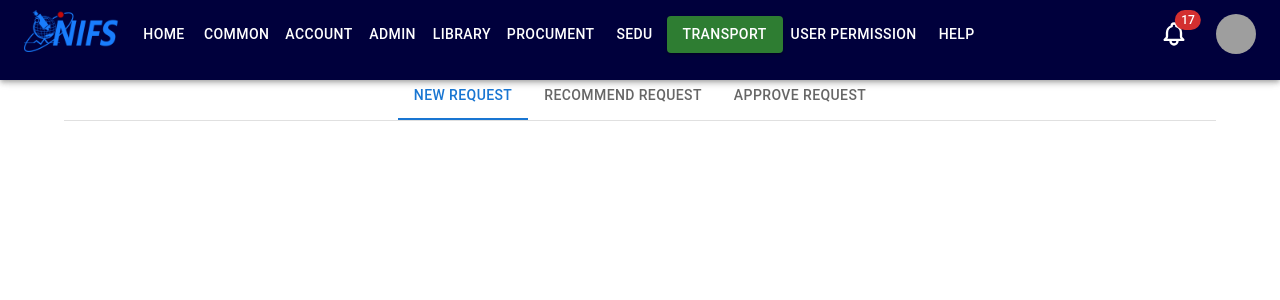
Repository: virangaj/NIFS-WebApp
Page: /transport (app in client/)
These files come from the project's save history. The page is drawn as it stood at one moment and after the next save; the edit follows.
The browser window is 1280 px wide. The pictures show the whole page.
Pictures or frames that could not be fetched are drawn as grey boxes. The project was rebuilt for these pictures with package versions that can differ from the ones it lists, and the page was loaded fresh each time. Also part of the build but not shown: client/src/pages/Login.tsx, client/src/pages/Home.tsx, client/src/pages/CommonMainPage.tsx, client/src/pages/AccountMainPage.tsx, client/src/pages/AdminMainPage.tsx, client/src/pages/LibraryMainPage.js, client/src/pages/ProcumentMainPage.js, client/src/pages/SeduMainPage.tsx and 3 more.

Above is the page before, as saved 2022-07-26 12:42:02.

### client/public/index.html
<!DOCTYPE html>
<html lang="en">
	<head>
		<meta charset="utf-8" />
		<link rel="icon" href="nifs_logo.png" />
		<meta name="viewport" content="width=device-width, initial-scale=1" />
		<meta name="theme-color" content="#000000" />
		<meta
			name="description"
			content="Web site created using create-react-app"
		/>
		<link rel="apple-touch-icon" href="%PUBLIC_URL%/logo192.png" />
		<!--
      manifest.json provides metadata used when your web app is installed on a
      user's mobile device or desktop. See https://developers.google.com/web/fundamentals/web-app-manifest/
    -->
		<link rel="manifest" href="%PUBLIC_URL%/manifest.json" />
		<!--
      Notice the use of %PUBLIC_URL% in the tags above.
      It will be replaced with the URL of the `public` folder during the build.
      Only files inside the `public` folder can be referenced from the HTML.

      Unlike "/favicon.ico" or "favicon.ico", "%PUBLIC_URL%/favicon.ico" will
      work correctly both with client-side routing and a non-root public URL.
      Learn how to configure a non-root public URL by running `npm run build`.
    -->
		<link
			href="https://fonts.googleapis.com/css?family=Poppins"
			rel="stylesheet"
		/>
		<title>NIFS Dashboard</title>
	</head>
	<body>
		<noscript>You need to enable JavaScript to run this app.</noscript>
		<div id="root"></div>
		<!--
      This HTML file is a template.
      If you open it directly in the browser, you will see an empty page.

      You can add webfonts, meta tags, or analytics to this file.
      The build step will place the bundled scripts into the <body> tag.

      To begin the development, run `npm start` or `yarn start`.
      To create a production bundle, use `npm run build` or `yarn build`.
    -->
	</body>
</html>

### client/src/index.css
* {
  margin: 0;
}

body {
  font-family: 'Poppins';
  -webkit-font-smoothing: antialiased;
  -moz-osx-font-smoothing: grayscale;
}

:root {
  --main-navbar-back: #00003c;

}


.nav-logo {
  width: 100px;
  height: auto;
}

/* main navbar */
.main-navbar {
  background-color: var(--main-navbar-back) !important;
  width: 100% !important;
  height: 80px !important;

}



/* secondary navbar */
.secondary-navbar {
  margin-top: 10vh !important;
  margin: auto;
}

/* body content */
.body-content {
  margin: auto;
  width: 90%;
  margin-top: 10vh;

}

.sub-body-content {
  margin: auto;
  width: 90%;
  margin-top: 3vh;
}

### client/src/App.tsx
import React, { useEffect } from 'react';
import Navbar from './components/shared/Navbar';
import Login from './pages/Login'
import { BrowserRouter as Router, Route, Routes } from 'react-router-dom'
import Home from './pages/Home';
import TransportMainPage from './pages/TransportMainPage';
import CommonMainPage from './pages/CommonMainPage';
import AccountMainPage from './pages/AccountMainPage';
import AdminMainPage from './pages/AdminMainPage';
import LibraryMainPage from './pages/LibraryMainPage';
import ProcumentMainPage from './pages/ProcumentMainPage';
import SeduMainPage from './pages/SeduMainPage';
import UserPermissionMainPage from './pages/UserPermissionMainPage';
import NotificationMainPage from './pages/NotificationMainPage';
import HelpMainPage from './pages/HelpMainPage';

function App() {


  return (
    <Router>
      <Navbar />
      <Routes>

        <Route path="/login" element={<Login />} />
        <Route path="/" element={<Home />} />
        <Route path="/common/*" element={<CommonMainPage />} />
        <Route path="/account/*" element={<AccountMainPage />} />
        <Route path="/admin/*" element={<AdminMainPage />} />
        <Route path="/library/*" element={<LibraryMainPage />} />
        <Route path="/procument/*" element={<ProcumentMainPage />} />
        <Route path="/sedu/*" element={<SeduMainPage />} />
        <Route path="/transport/*" element={<TransportMainPage />} />
        <Route
          path="/user-permission/*"
          element={<UserPermissionMainPage />}
        />
        <Route
          path="/notification/*"
          element={<NotificationMainPage />}
        />
        <Route path="/help/*" element={<HelpMainPage />} />
      </Routes>


    </Router>
  );
}

export default App;

### client/src/components/shared/Navbar.tsx
import * as React from 'react';
import AppBar from '@mui/material/AppBar';
import Box from '@mui/material/Box';
import Toolbar from '@mui/material/Toolbar';
import IconButton from '@mui/material/IconButton';
import Typography from '@mui/material/Typography';
import Menu from '@mui/material/Menu';
import Container from '@mui/material/Container';
import Avatar from '@mui/material/Avatar';
import Button from '@mui/material/Button';
import Tooltip from '@mui/material/Tooltip';
import MenuItem from '@mui/material/MenuItem';
import { HiMenuAlt2, HiOutlineBell } from "react-icons/hi";
import Badge from '@mui/material/Badge';
import Logo from '../../images/nifs_logo.png'
import { Link, useLocation } from 'react-router-dom';
const pages = [
    {
        id: 0,
        title: 'Home',
        link: '/',
    },
    {
        id: 1,
        title: 'Common',
        link: '/common',
    },
    {
        id: 2,
        title: 'Account',
        link: '/account',
    },
    {
        id: 3,
        title: 'Admin',
        link: '/admin',
    },
    {
        id: 4,
        title: 'Library',
        link: '/library',
    },
    {
        id: 5,
        title: 'Procument',
        link: '/procument',
    },
    {
        id: 6,
        title: 'SEDU',
        link: '/sedu',
    },
    {
        id: 7,
        title: 'Transport',
        link: '/transport',
    },
    {
        id: 8,
        title: 'User Permission',
        link: '/user-permission',
    },
    // {
    //     id: 9,
    //     title: 'Notification',
    //     link: '/notification',
    // },
    {
        id: 10,
        title: 'Help',
        link: '/help',
    },
];
const settings = [
    {
        id: 0,
        title: 'Login',
        link: '/login',
    },
];
const Navbar = () => {

    const location: any = useLocation();
    console.log(location.pathname.split('/')[1])


    const [anchorElNav, setAnchorElNav] = React.useState<null | HTMLElement>(null);
    const [anchorElUser, setAnchorElUser] = React.useState<null | HTMLElement>(null);

    const handleOpenNavMenu = (event: React.MouseEvent<HTMLElement>) => {
        setAnchorElNav(event.currentTarget);
    };
    const handleOpenUserMenu = (event: React.MouseEvent<HTMLElement>) => {
        setAnchorElUser(event.currentTarget);
    };

    const handleCloseNavMenu = () => {
        setAnchorElNav(null);
    };

    const handleCloseUserMenu = () => {
        setAnchorElUser(null);
    };

    return (
        <AppBar position="fixed" className="main-navbar">
            <Container maxWidth="xl">
                <Toolbar disableGutters>
                    {/*Responsive view start here  */}
                    <Box sx={{ display: { xs: 'none', md: 'flex' }, mr: 1 }}>
                        <Link to='/'>
                            <img src={Logo} alt="logo" className="nav-logo" />
                        </Link>
                    </Box>


                    <Box sx={{ flexGrow: 1, display: { xs: 'flex', md: 'none' } }}>
                        <IconButton
                            size="large"
                            aria-label="account of current user"
                            aria-controls="menu-appbar"
                            aria-haspopup="true"
                            onClick={handleOpenNavMenu}
                            color="inherit"
                        >
                            <HiMenuAlt2 />
                        </IconButton>
                        <Menu
                            id="menu-appbar"
                            anchorEl={anchorElNav}
                            anchorOrigin={{
                                vertical: 'bottom',
                                horizontal: 'left',
                            }}
                            keepMounted
                            transformOrigin={{
                                vertical: 'top',
                                horizontal: 'left',
                            }}
                            open={Boolean(anchorElNav)}
                            onClose={handleCloseNavMenu}
                            sx={{
                                display: { xs: 'block', md: 'none' },
                            }}
                        >
                            {pages && pages.map((page) => (
                                location.pathname.split('/')[1] === page.link.split('/')[1] ?
                                    <Link to={page.link} style={{ textDecoration: 'none' }} >
                                        <Button
                                            key={page.id}
                                            onClick={handleCloseNavMenu}
                                            sx={{ my: 2, color: 'white', display: 'block' }}
                                            style={{ backgroundColor: '#000', color: '#fff', fontWeight: 700 }}
                                        >
                                            {page.title}
                                        </Button>
                                    </Link>
                                    :
                                    <Link to={page.link} style={{ textDecoration: 'none' }} >
                                        <Button
                                            key={page.id}
                                            onClick={handleCloseNavMenu}
                                            sx={{ my: 2, color: 'white', display: 'block' }}
                                            style={{ backgroundColor: '#fff', color: '#000' }}
                                        >
                                            {page.title}
                                        </Button>
                                    </Link>
                            ))}
                        </Menu>
                    </Box>
                    {/* Responsive view ends here */}

                    {/* Full width starts here */}
                    <Box
                        sx={{
                            mr: 2,
                            display: { xs: 'flex', md: 'none' },
                            flexGrow: 1,
                        }}
                    >
                        <Link to='/'>
                            <img src={Logo} alt="logo" className="nav-logo" />
                        </Link>
                    </Box>

                    <Box sx={{ flexGrow: 1, display: { xs: 'none', md: 'flex' } }}>
                        {pages.map((page) => (
                            location.pathname.split('/')[1] === page.link.split('/')[1] ?
                                <Link to={page.link} style={{ textDecoration: 'none' }} >
                                    <Button
                                        key={page.id}
                                        onClick={handleCloseNavMenu}
                                        sx={{ my: 2, color: 'white', display: 'block' }}
                                        // style={{ backgroundColor: '#fff', color: '#000', fontWeight: 700 }}
                                        variant="contained" color="success"

                                    >
                                        {page.title}
                                    </Button>
                                </Link>
                                :
                                <Link to={page.link} style={{ textDecoration: 'none' }} >
                                    <Button
                                        key={page.id}
                                        onClick={handleCloseNavMenu}
                                        sx={{ my: 2, color: 'white', display: 'block' }}

                                    >
                                        {page.title}
                                    </Button>
                                </Link>
                        ))}
                    </Box>
                    <IconButton
                        size="large"
                        aria-label="show 17 new notifications"
                        color="inherit"
                        sx={{ mr: 2 }}
                    >
                        <Badge badgeContent={17} color="error">
                            <HiOutlineBell />
                        </Badge>
                    </IconButton>
                    <Box sx={{ flexGrow: 0 }}>
                        <Tooltip title="Open settings">
                            <IconButton onClick={handleOpenUserMenu} sx={{ p: 0 }}>
                                <Avatar alt="Remy Sharp" src="/static/images/avatar/2.jpg" />
                            </IconButton>
                        </Tooltip>
                        <Menu
                            sx={{ mt: '45px' }}
                            id="menu-appbar"
                            anchorEl={anchorElUser}
                            anchorOrigin={{
                                vertical: 'top',
                                horizontal: 'right',
                            }}
                            keepMounted
                            transformOrigin={{
                                vertical: 'top',
                                horizontal: 'right',
                            }}
                            open={Boolean(anchorElUser)}
                            onClose={handleCloseUserMenu}
                        >
                            {settings && settings.map((setting) => (
                                <MenuItem key={setting.id} onClick={handleCloseUserMenu}>
                                    <Typography textAlign="center">{setting.title}</Typography>
                                </MenuItem>
                            ))}
                        </Menu>
                    </Box>
                </Toolbar>
            </Container>
        </AppBar>
    );
};
export default Navbar;

### client/src/pages/TransportMainPage.tsx
import React from 'react';

import TransportNavbar from '../components/Transport/shared/TransportNavbar';
import { Route, Routes } from 'react-router-dom';
import NewRequest from '../components/Transport/NewRequest';
import RecommendedRequest from '../components/Transport/RecommendedRequest';
import ApproveRequest from '../components/Transport/ApproveRequest';

// transport main page where all other section of transport department can be access from here
function TransportMainPage() {
	return (
		<div>
			<TransportNavbar />
			<div className="sub-body-content">
				<Routes>
					{/* <Route path="/" element={<NewRequest />} />
					<Route path="/recommend" element={<RecommendedRequest />} />
					<Route path="/approve" element={<ApproveRequest />} /> */}
				</Routes>
			</div>
		</div>
	);
}

export default TransportMainPage;

### client/src/components/Transport/shared/TransportNavbar.js
import * as React from 'react';
import Tabs from '@mui/material/Tabs';
import Tab from '@mui/material/Tab';
import Box from '@mui/material/Box';
import { Link, useLocation } from 'react-router-dom';

export default function TransportNavbar() {
	const location = useLocation();

	const pages = [
		{
			id: 0,
			title: 'New Request',
			link: '/transport',
		},
		{
			id: 1,
			title: 'Recommend Request',
			link: '/transport/recommend',
		},
		{
			id: 2,
			title: 'Approve Request',
			link: '/transport/approve',
		},
	];

	return (
		<Box sx={{ width: '90%' }} className="secondary-navbar">
			<Box sx={{ borderBottom: 1, borderColor: 'divider' }}>
				<Tabs value={location.pathname} centered>
					{pages &&
						pages.map((page) => (
							<Tab
								key={page.id}
								label={page.title}
								value={page.link}
								component={Link}
								to={page.link}
							/>
						))}
				</Tabs>
			</Box>
		</Box>
	);
}

Loaded but not shown: client/src/index.tsx (common file); client/src/reportWebVitals.ts (common file)

After the next save:
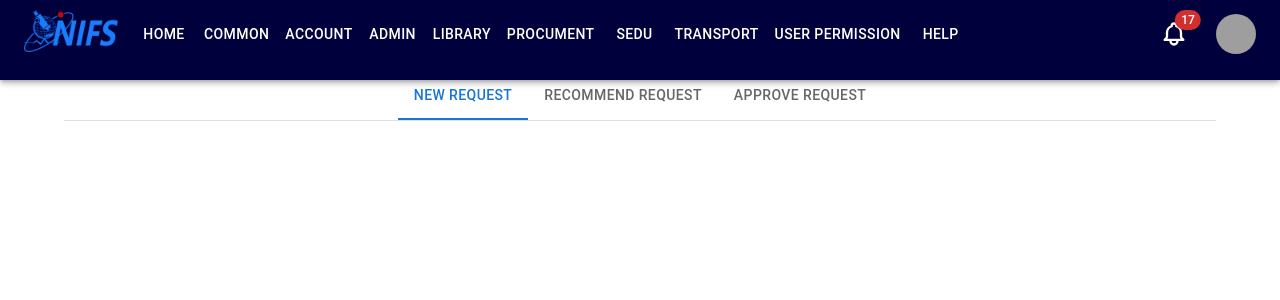
Saved 29 s later.
--- a/client/src/components/shared/Navbar.tsx
+++ b/client/src/components/shared/Navbar.tsx
@@ -193,7 +193,7 @@ const Navbar = () => {
                                         onClick={handleCloseNavMenu}
                                         sx={{ my: 2, color: 'white', display: 'block' }}
                                         // style={{ backgroundColor: '#fff', color: '#000', fontWeight: 700 }}
-                                        variant="contained" color="success"
+                                        color="success"
 
                                     >
                                         {page.title}

After the save that followed:
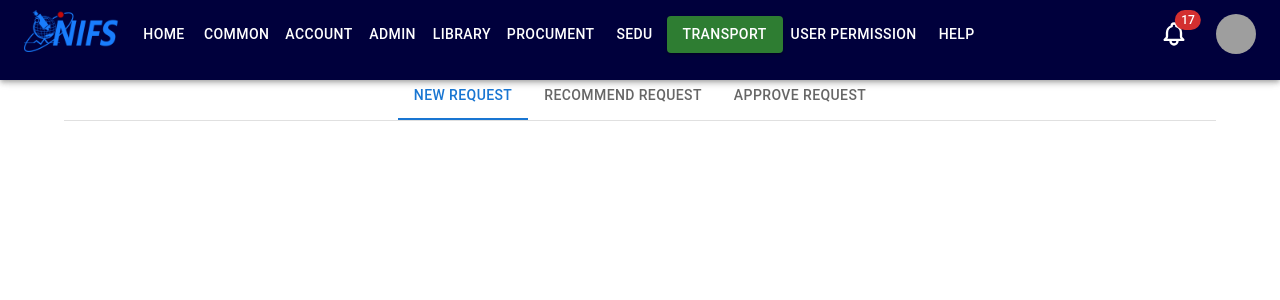
Saved 6 s later.
--- a/client/src/components/shared/Navbar.tsx
+++ b/client/src/components/shared/Navbar.tsx
@@ -193,7 +193,7 @@ const Navbar = () => {
                                         onClick={handleCloseNavMenu}
                                         sx={{ my: 2, color: 'white', display: 'block' }}
                                         // style={{ backgroundColor: '#fff', color: '#000', fontWeight: 700 }}
-                                        color="success"
+                                        variant="contained" color="success"
 
                                     >
                                         {page.title}
